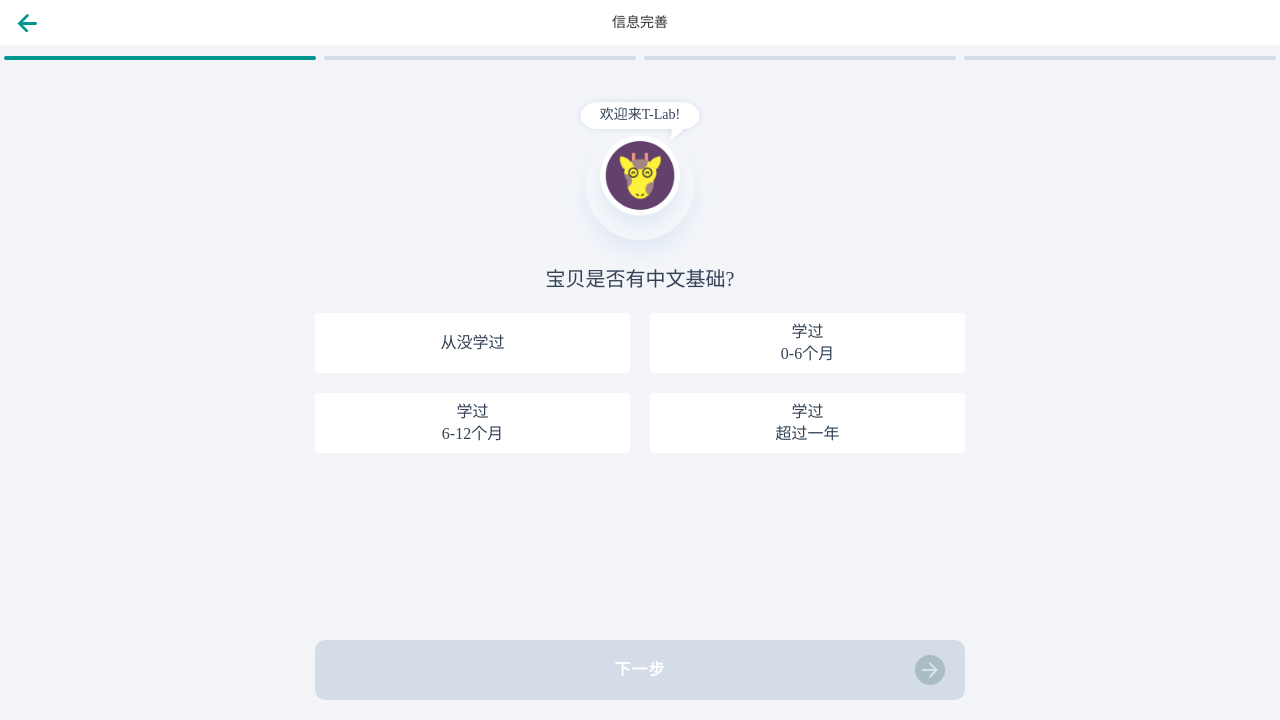
Repository: huangjf1/1
Page: /
The author's editor kept a copy of each file at every save. The page is drawn from the files as they stood at one save, then again after the next save.
The browser window is 1280 px wide. The pictures show the whole page.
The project was rebuilt for these pictures with package versions that can differ from the ones it lists, and the page was loaded fresh each time. Also part of the build but not shown: vue.config.js.

Above is the page before, as saved 2021-08-24 12:52:37.

After the next save:
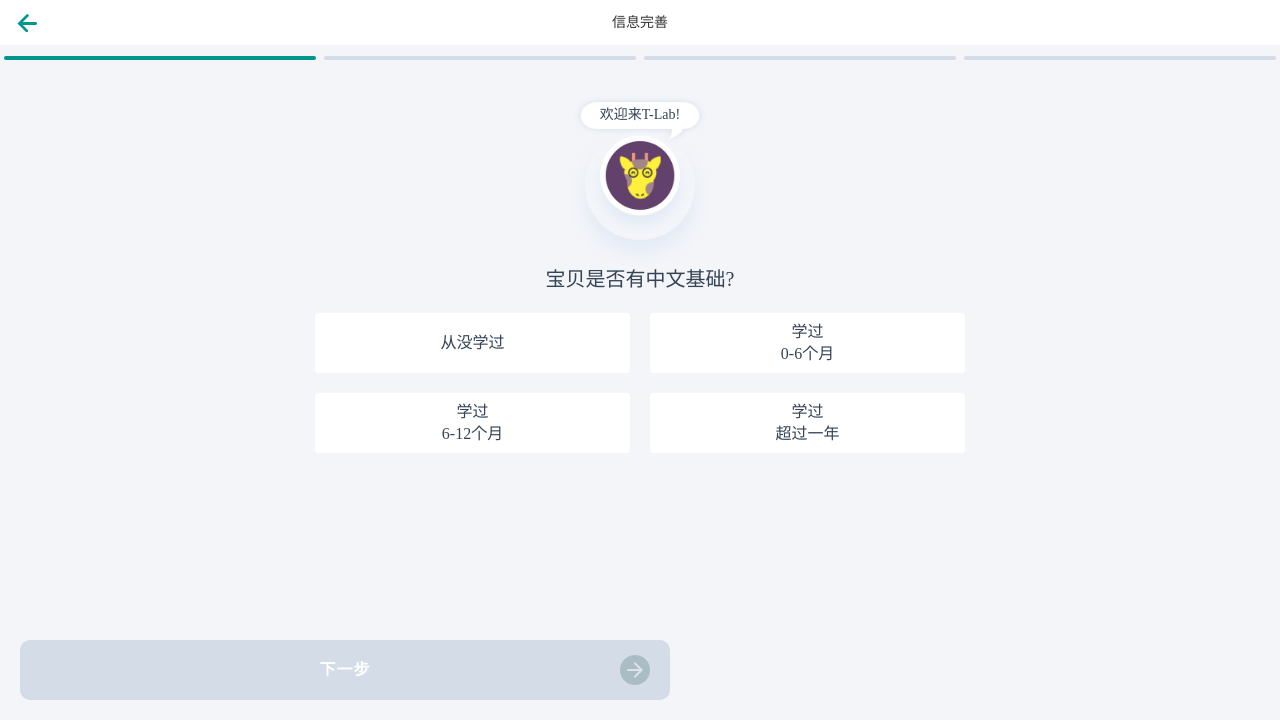
Saved 12 s later.
--- a/src/views/index.vue
+++ b/src/views/index.vue
@@ -500,7 +500,7 @@
         line-height: 60px;
         cursor: pointer;
         background: #D4DCE7;
-        margin: 20px auto 20px;
+        margin: 20px  20px;
         border-radius: 10px;
         font-family: Montserrat;
         font-weight: bold;

After the 2 saves that followed:
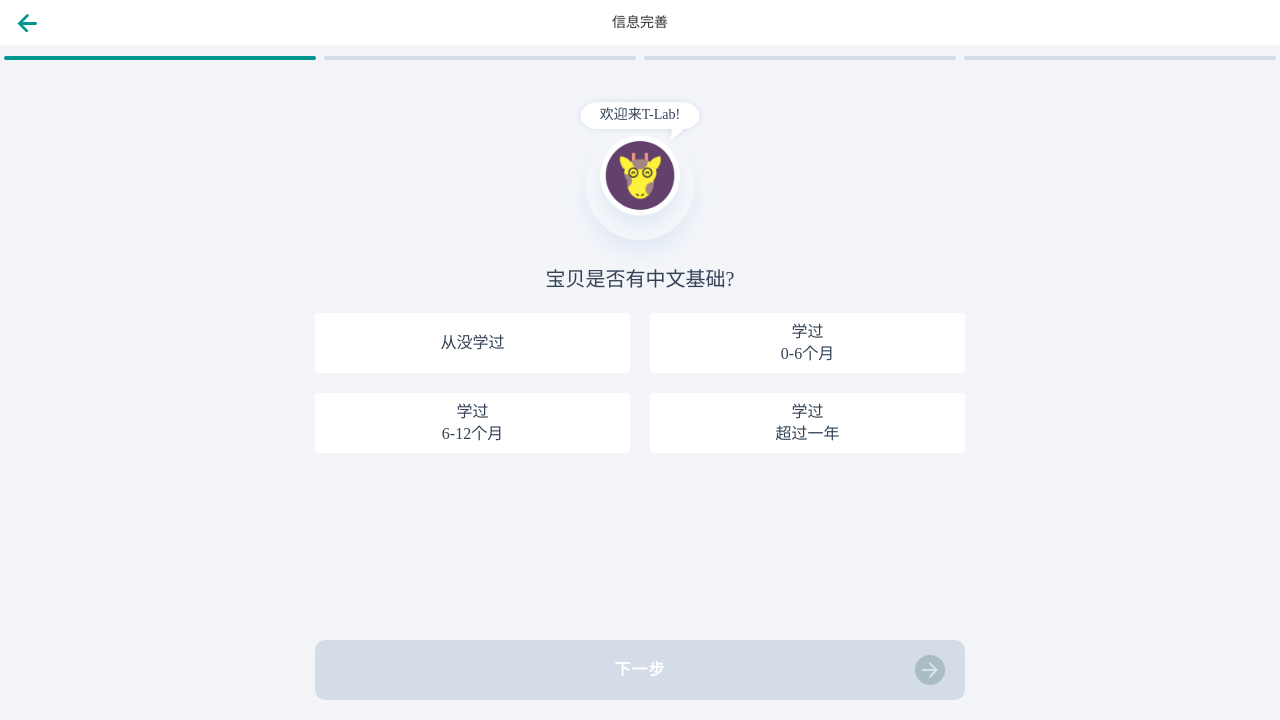
The 2 saves are shown as one change because they came seconds apart.
The last was saved 10 s later.
--- a/src/views/index.vue
+++ b/src/views/index.vue
@@ -492,7 +492,7 @@
         background-size: 100% 100%;
       }
       .btn-gray {
-        width: 100%;
+        width: calc(100% - 25px);
         min-width: 375px;
         max-width: 650px;
         height: 60px;
@@ -500,7 +500,7 @@
         line-height: 60px;
         cursor: pointer;
         background: #D4DCE7;
-        margin: 20px  20px;
+        margin: 20px auto 20px;
         border-radius: 10px;
         font-family: Montserrat;
         font-weight: bold;
